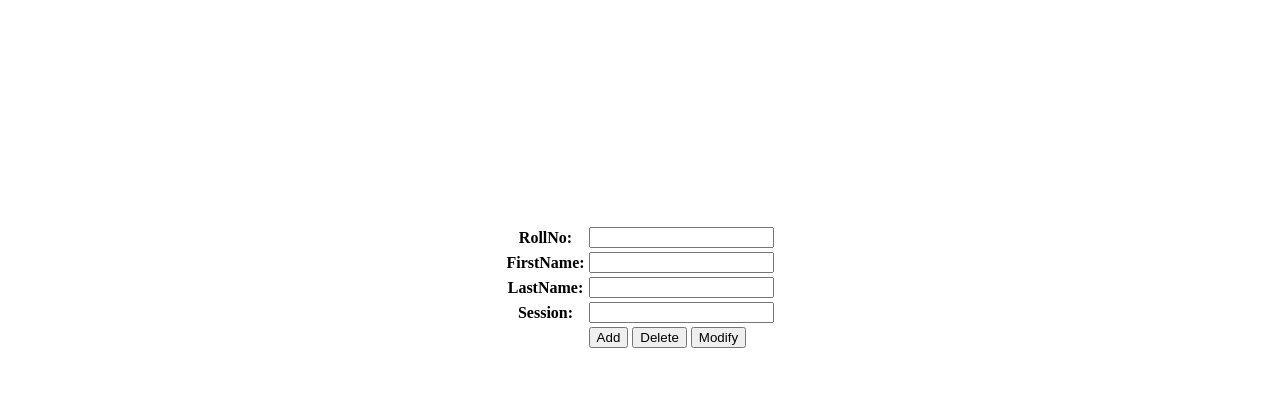
Repository: TraptiBhagat/AdvanceJava
Page: http://localhost/Student_Proj/StudentView.jsp
An editor plug-in stored every save of this project. The page is shown before and after the next save, followed by the edit.
The browser window is 1280 px wide. The pictures show the whole page.
The page is served by Tomcat 9.

Above is the page before, as saved 2022-03-25 12:17:00.

After the next save:
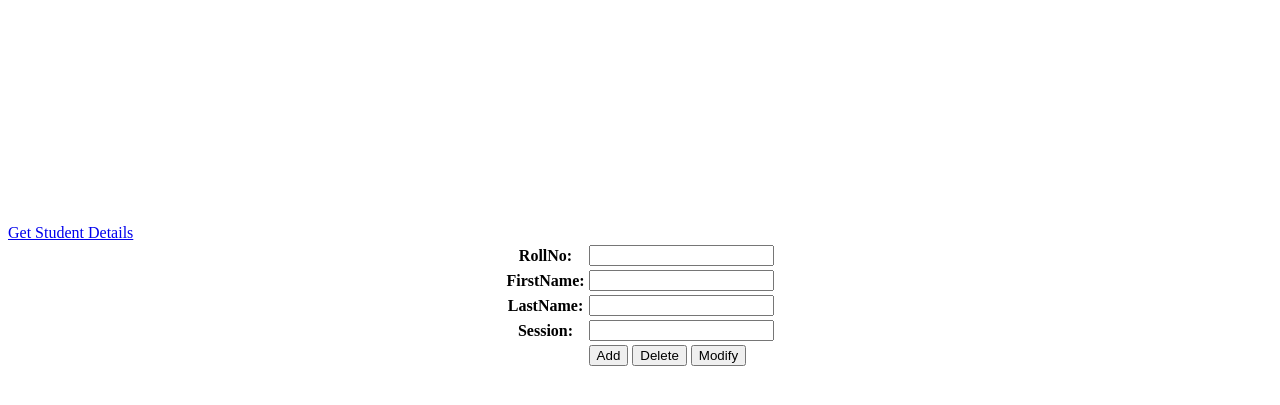
Saved 11 min 45 s later.
--- a/Advance workspace/Student_Proj/src/main/webapp/StudentView.jsp
+++ b/Advance workspace/Student_Proj/src/main/webapp/StudentView.jsp
@@ -33,6 +33,9 @@
 					<input type="submit" value="Delete" name="operation"> <input
 					type="submit" value="Modify" name="operation"></td>
 			</tr>
+			<tr>
+			  <a href="GetStudentView.jsp">Get Student Details</a>
+			</tr>
 
 		</table>
 
